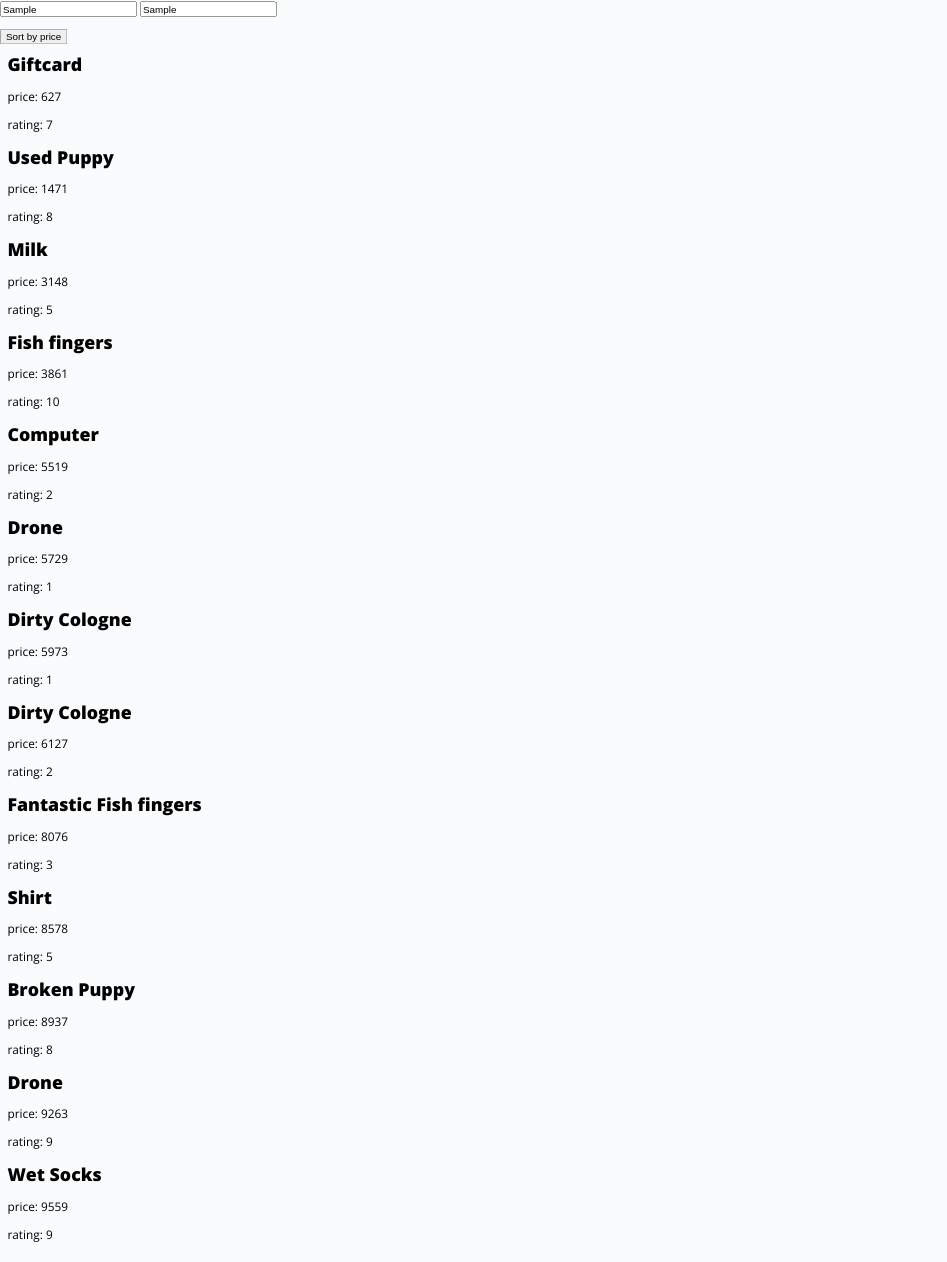
Repository: andrii1/hyf-homework
Page: javascript/javascript2/week2/hyf-bay/index.html
The author's editor kept a copy of each file at every save. The page is drawn from the files as they stood at one save, then again after the next save.
The browser window is 1280 px wide. The pictures show the whole page, at 74% of full size.
Empty fields were first filled with sample values (such as "Sample", 5 or name@example.com).
After loading, the first visible `#price-sort` was clicked once.

Above is the page before, as saved 2022-07-03 15:42:16.

### javascript/javascript2/week2/hyf-bay/index.html
<head>
  <title>HyfBay</title>
  <meta name="viewport" content="width=device-width, initial-scale=1" />
  <link rel="stylesheet" type="text/css" href="main.css" />
  <link
    href="https://fonts.googleapis.com/css?family=Open+Sans:400,800"
    rel="stylesheet"
  />
</head>

<body>
  <main>
    <form action="#">
      <input type="text" id="search" /> <input type="text" id="maximumPrice" />
    </form>
    <button id="price-sort">Sort by price</button>
    <ul id="list"></ul>
  </main>
  <script src="hyfBayHelpers.js"></script>
  <script src="main.js"></script>
</body>

### javascript/javascript2/week2/hyf-bay/main.css
body {
    font-family: "Open Sans", sans-serif;
    background-color: #F9FBFD;
}

* {
    box-sizing: border-box;
}

body, h1, h2 {
    margin: 0;
}

ul {
    list-style-type: none;
    margin: 0;
    padding: 10;
}

### javascript/javascript2/week2/hyf-bay/hyfBayHelpers.js
/* DONT MODIFY ANY OF THIS CODE!!!*/

window.getAvailableProducts = function () {
  function getRandomInt(min, max) {
    min = Math.ceil(min);
    max = Math.floor(max);
    return Math.floor(Math.random() * (max - min + 1)) + min;
  }

  function getRandomItem(availableProductNames) {
    return availableProductNames[
      getRandomInt(0, availableProductNames.length - 1)
    ];
  }

  function getRandomProductname() {
    const preWords = [
      "Used",
      "Fantastic",
      '"Used"',
      "Broken",
      "Beautiful",
      "Wet",
      "Green",
      "Sloppy",
      "Dirty",
    ];
    const productNames = [
      "Carrot",
      "Drone",
      "Giftcard",
      "Puppy",
      "Car",
      "Shirt",
      "Milk",
      "Chalk",
      "Fish fingers",
      "Socks",
      "Chocolate",
      "Toothbrush",
      "Computer",
      "Nokia",
      "Cologne",
    ];

    let chosenProductName = getRandomItem(productNames);
    const shouldHavePreWord = getRandomInt(0, 10) > 6;

    if (shouldHavePreWord) {
      const preWord = preWords[getRandomInt(0, preWords.length - 1)];
      chosenProductName = `${preWord} ${chosenProductName}`;
    }

    return chosenProductName;
  }

  const numberOfAvailableProducts = getRandomInt(0, 30);
  const availableProducts = Array.apply(
    null,
    Array(numberOfAvailableProducts)
  ).map(() => {
    const name = getRandomProductname();
    return {
      id: `${name}${getRandomInt(0, 100000)}`,
      name,
      price: getRandomInt(0, 10000),
      rating: getRandomInt(1, 10),
    };
  });

  return availableProducts;
};

### javascript/javascript2/week2/hyf-bay/main.js
console.log("Script loaded");
const products = getAvailableProducts();
console.log(products);
const searchInput = document.getElementById("search");
const maximumPriceInput = document.getElementById("maximumPrice");
const buttonSortPrice = document.getElementById("price-sort");
searchInput.addEventListener("input", filterProducts);
maximumPriceInput.addEventListener("input", filterProductsByPrice);
buttonSortPrice.addEventListener("click", sortProductsByPrice);
function filterProducts(event) {
  const filteredProducts = products.filter((product) =>
    product.name.toLowerCase().includes(event.target.value)
  );
  renderProducts(filteredProducts);
}

function filterProductsByPrice(event) {
  const filteredProducts = products.filter(
    (product) => product.price < event.target.value
  );
  renderProducts(filteredProducts);
}

function sortProductsByPrice() {
  const sortedProducts = products.sort((a, b) => a.price - b.price);
  renderProducts(sortedProducts);
}

const list = document.querySelector("#list");

function renderProducts(products) {
  // your code here
  list.innerHTML = "";
  for (let i = 0; i < products.length; i++) {
    const listItem = document.createElement("li");
    const name = document.createElement("h2");
    const price = document.createElement("p");
    const rating = document.createElement("p");
    name.innerHTML = products[i].name;
    price.innerHTML = `price: ${products[i].price}`;
    rating.innerHTML = `rating: ${products[i].rating}`;
    list.appendChild(listItem);
    list.appendChild(name);
    list.appendChild(price);
    list.appendChild(rating);
  }
}

//renderProducts(products); // This should create the ul and the li's with the individual products details

After the next save:
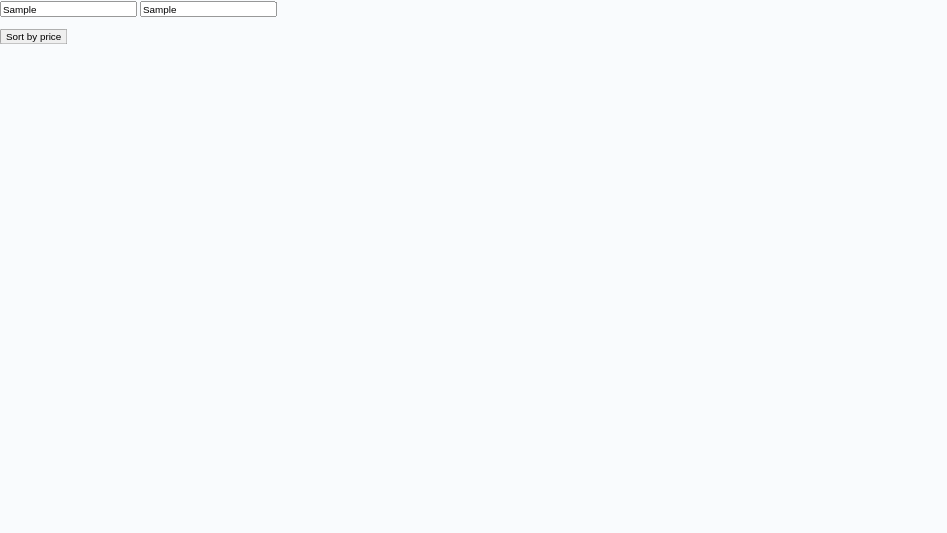
Console error: ReferenceError: sortedProducts is not defined
Saved 3 min 41 s later.
--- a/javascript/javascript2/week2/hyf-bay/main.js
+++ b/javascript/javascript2/week2/hyf-bay/main.js
@@ -20,10 +20,16 @@
   );
   renderProducts(filteredProducts);
 }
+let clickCount = 0;
+function sortProductsByPrice() {
+  if (clickCount % 2 === 0) {
+    const sortedProducts = products.sort((a, b) => a.price - b.price);
+  } else {
+    const sortedProducts = products.sort((a, b) => b.price - a.price);
+  }
 
-function sortProductsByPrice() {
-  const sortedProducts = products.sort((a, b) => a.price - b.price);
   renderProducts(sortedProducts);
+  clickCount++;
 }
 
 const list = document.querySelector("#list");

After the save that followed:
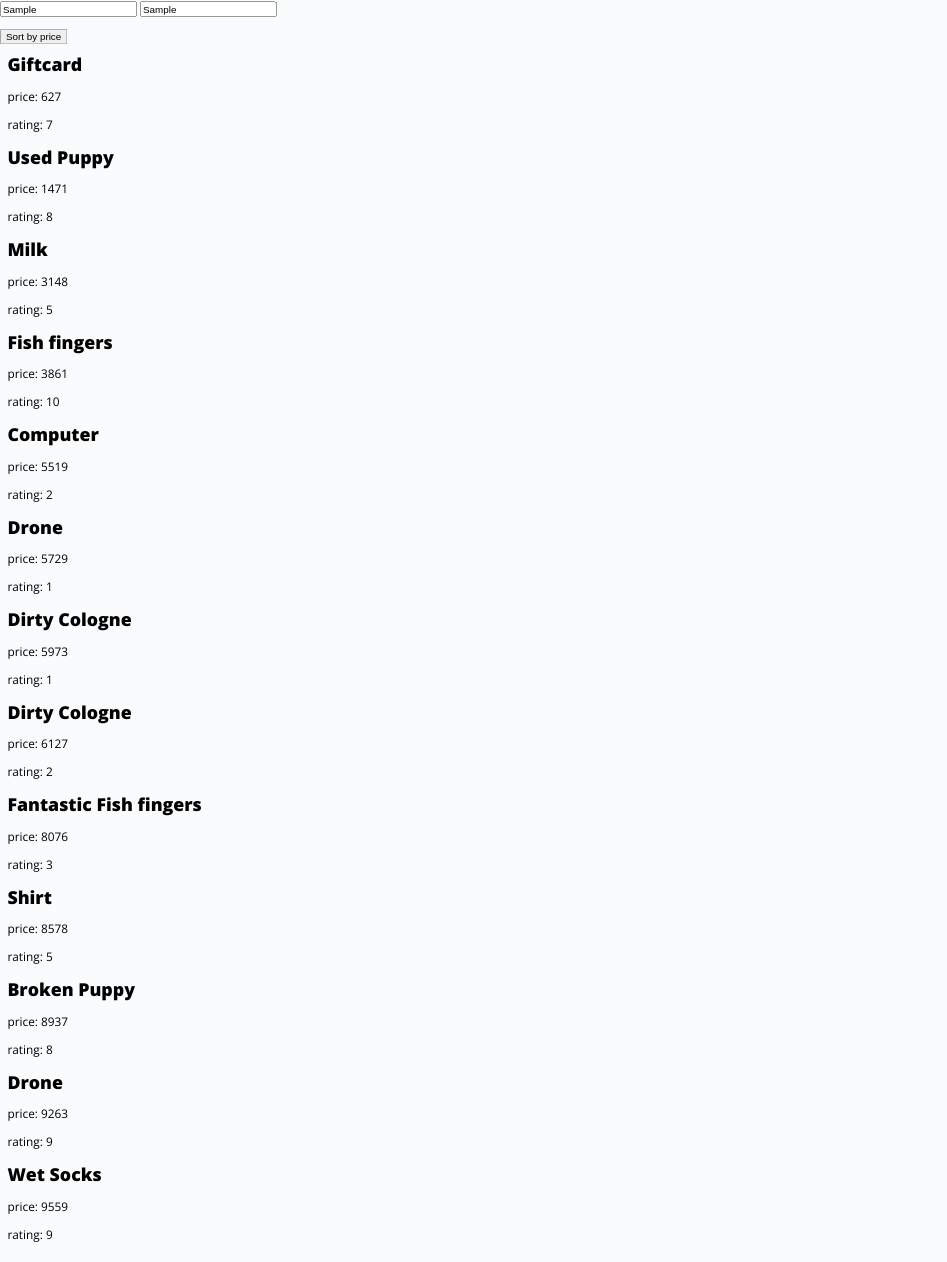
The error is gone.
Saved 64 s later.
--- a/javascript/javascript2/week2/hyf-bay/main.js
+++ b/javascript/javascript2/week2/hyf-bay/main.js
@@ -22,13 +22,14 @@
 }
 let clickCount = 0;
 function sortProductsByPrice() {
-  if (clickCount % 2 === 0) {
+  if (clickCount % 2 == 0) {
     const sortedProducts = products.sort((a, b) => a.price - b.price);
+    renderProducts(sortedProducts);
   } else {
     const sortedProducts = products.sort((a, b) => b.price - a.price);
+    renderProducts(sortedProducts);
   }
 
-  renderProducts(sortedProducts);
   clickCount++;
 }
 
